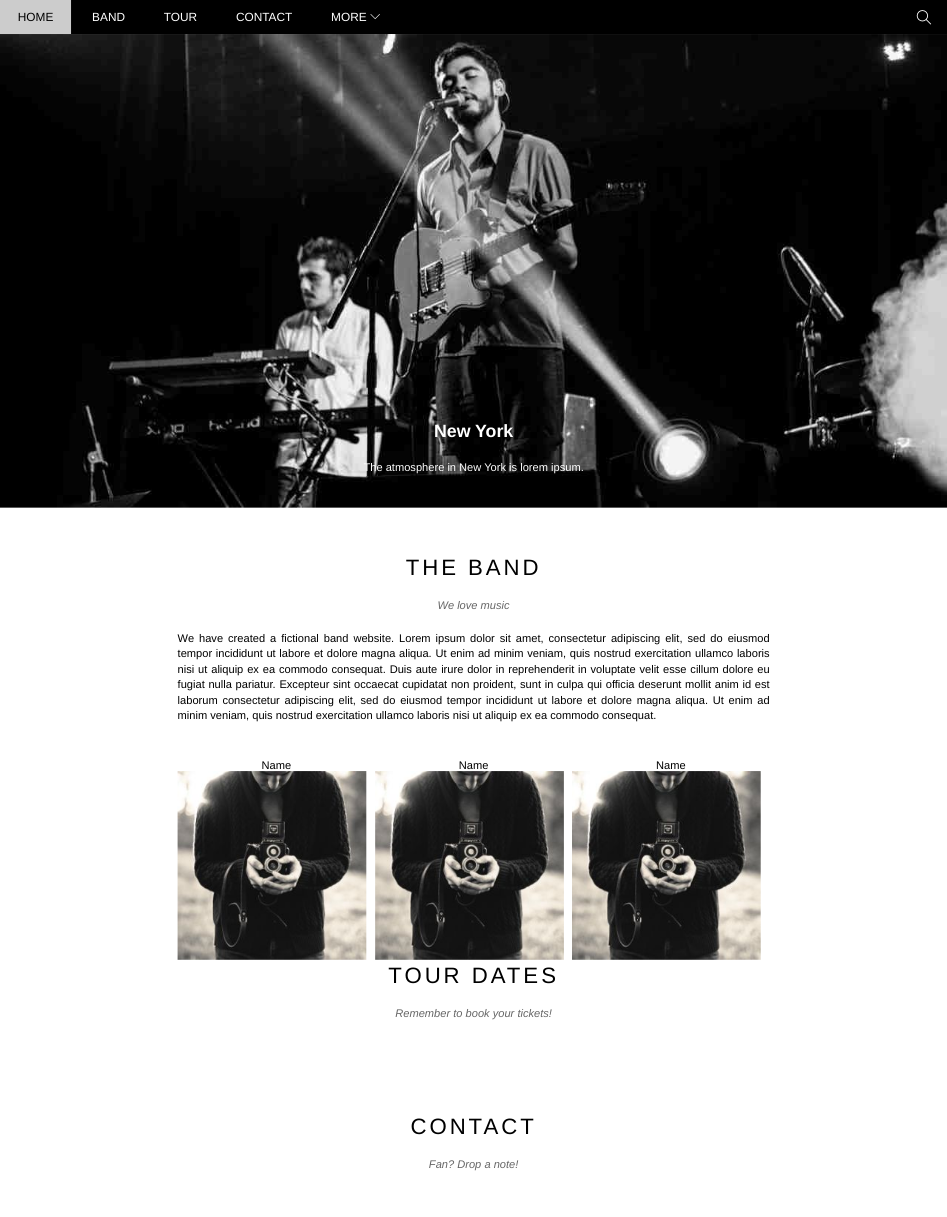
Repository: vophuocthanh/phuocthanhk03
Page: index.html
An editor plug-in stored every save of this project. The page is shown before and after the next save, followed by the edit.
The browser window is 1280 px wide. The pictures show the whole page, at 74% of full size.

Above is the page before, as saved 2022-03-03 23:43:51.

After the next save:
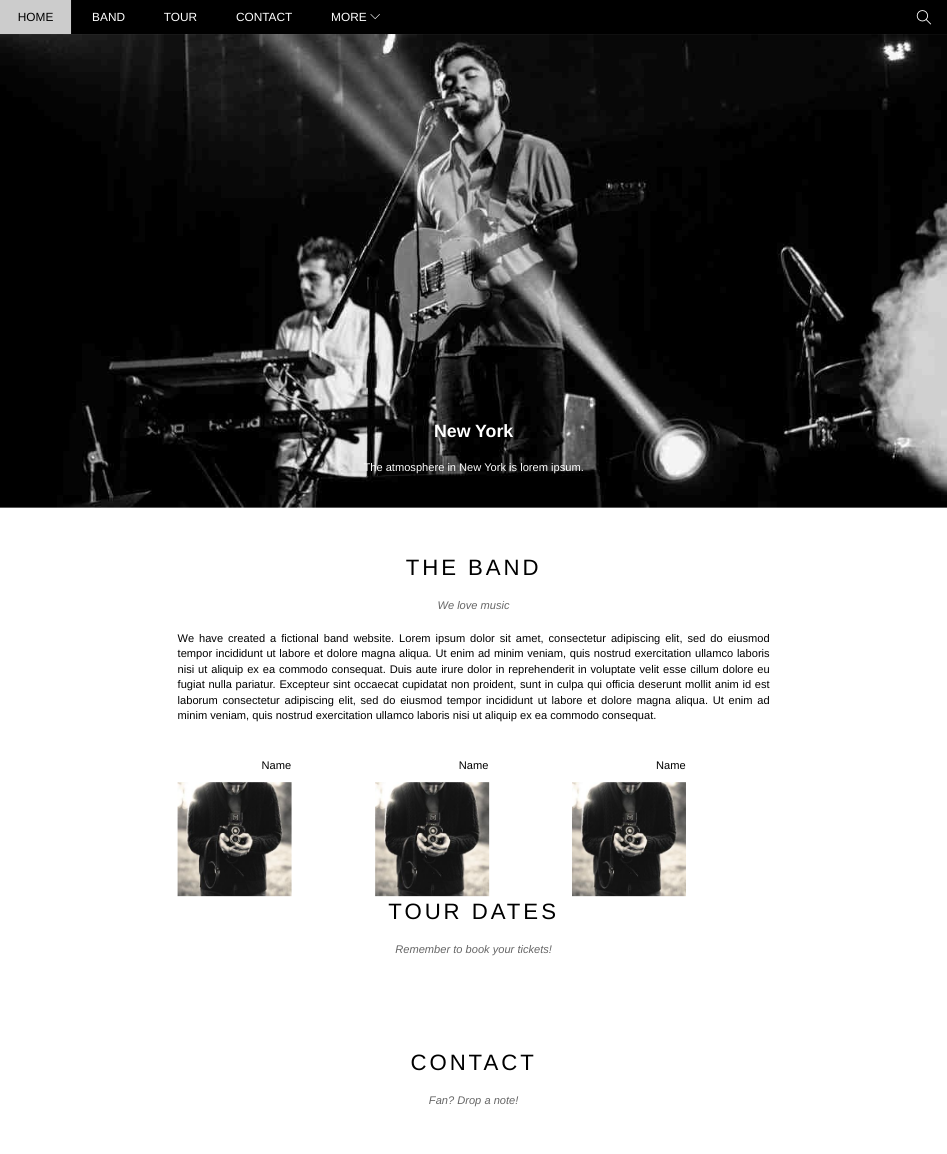
Saved 109 s later.
--- a/asset/css/style.css
+++ b/asset/css/style.css
@@ -182,4 +182,9 @@ html {
     text-align: center;
 }
 
+#content .member-img {
+    width: 154px;
+    margin-top: 15px;
+}
+
 #foote {}
